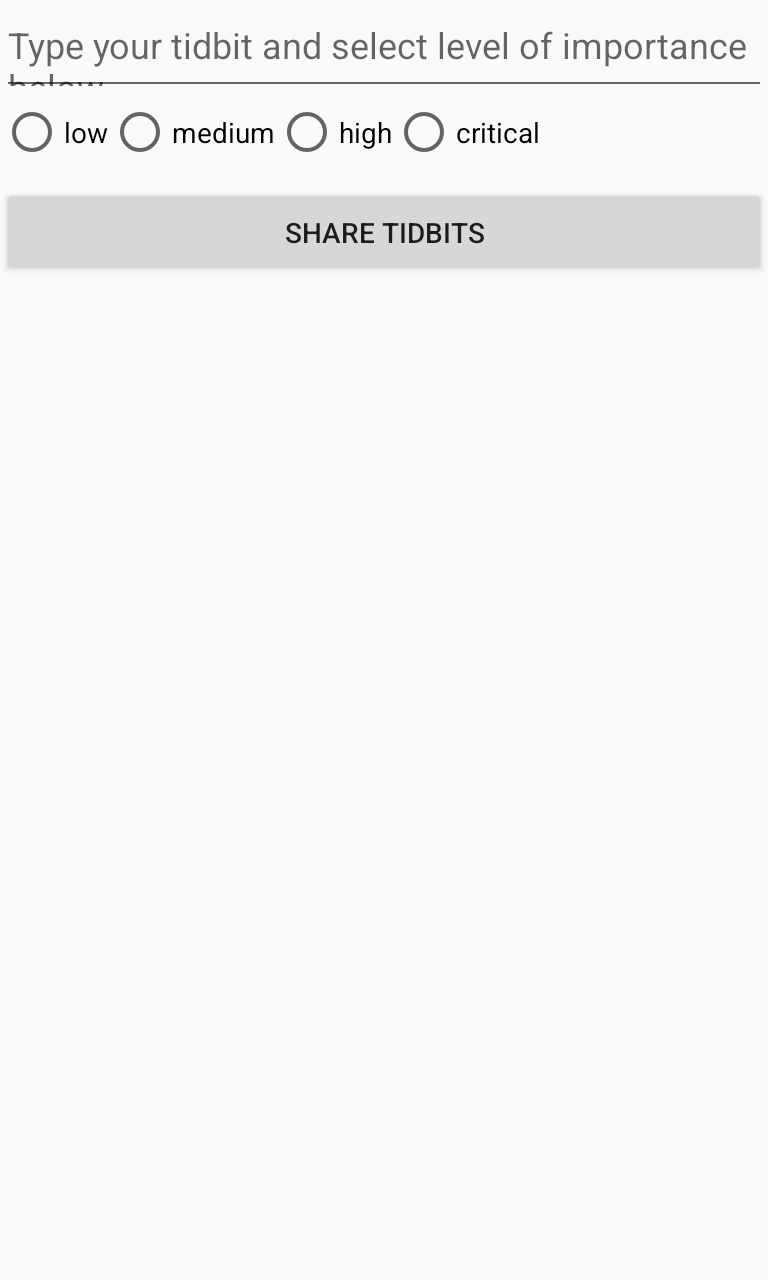
Repository: Pseudos/crowd-tidbits
Layout: crowd-tidbits/res/layout/share.xml
The author's editor kept a copy of each file at every save. The layout is drawn from the files as they stood at one save, then again after the next save.
It is drawn on a 768 x 1280 px phone screen (xhdpi) without system bars, with theme AppTheme; the app's code is not run.

Above is the layout before, as saved 2015-09-29 17:06:06.

### crowd-tidbits/res/layout/share.xml
<?xml version="1.0" encoding="utf-8"?>
<LinearLayout xmlns:android="http://schemas.android.com/apk/res/android"
    android:layout_width="match_parent"
    android:layout_height="match_parent"
    android:orientation="vertical" >

     <EditText
         android:id="@+id/tidbit_msg"
         android:layout_width="fill_parent"
         android:layout_height="50dp"
         android:hint="Type your tidbit and select level of importance below."
         />

     <RadioGroup android:orientation="horizontal"
         android:layout_width="fill_parent"
         android:layout_height="wrap_content">

         <RadioButton
             android:id="@+id/low"
             android:layout_width="wrap_content"
             android:layout_height="wrap_content"
             android:text="low"/>

         <RadioButton
             android:id="@+id/medium"
             android:layout_width="wrap_content"
             android:layout_height="wrap_content"
             android:text="medium"/>

         <RadioButton
             android:id="@+id/high"
             android:layout_width="wrap_content"
             android:layout_height="wrap_content"
             android:text="high"/>

         <RadioButton
             android:id="@+id/critical"
             android:layout_width="wrap_content"
             android:layout_height="wrap_content"
             android:text="critical"/>

     </RadioGroup>

     <Button
        android:id="@+id/share_tidbits"
        android:layout_width="fill_parent"
        android:layout_height="wrap_content"
        android:layout_marginTop="10dp"
        android:paddingLeft="20dp"
        android:paddingRight="20dp"
        android:text="Share Tidbits"
      />

</LinearLayout>

Loaded but not shown: crowd-tidbits/res/values/styles.xml (common file); crowd-tidbits/res/values-v11/styles.xml (common file); crowd-tidbits/res/values-v14/styles.xml (common file)

After the next save:
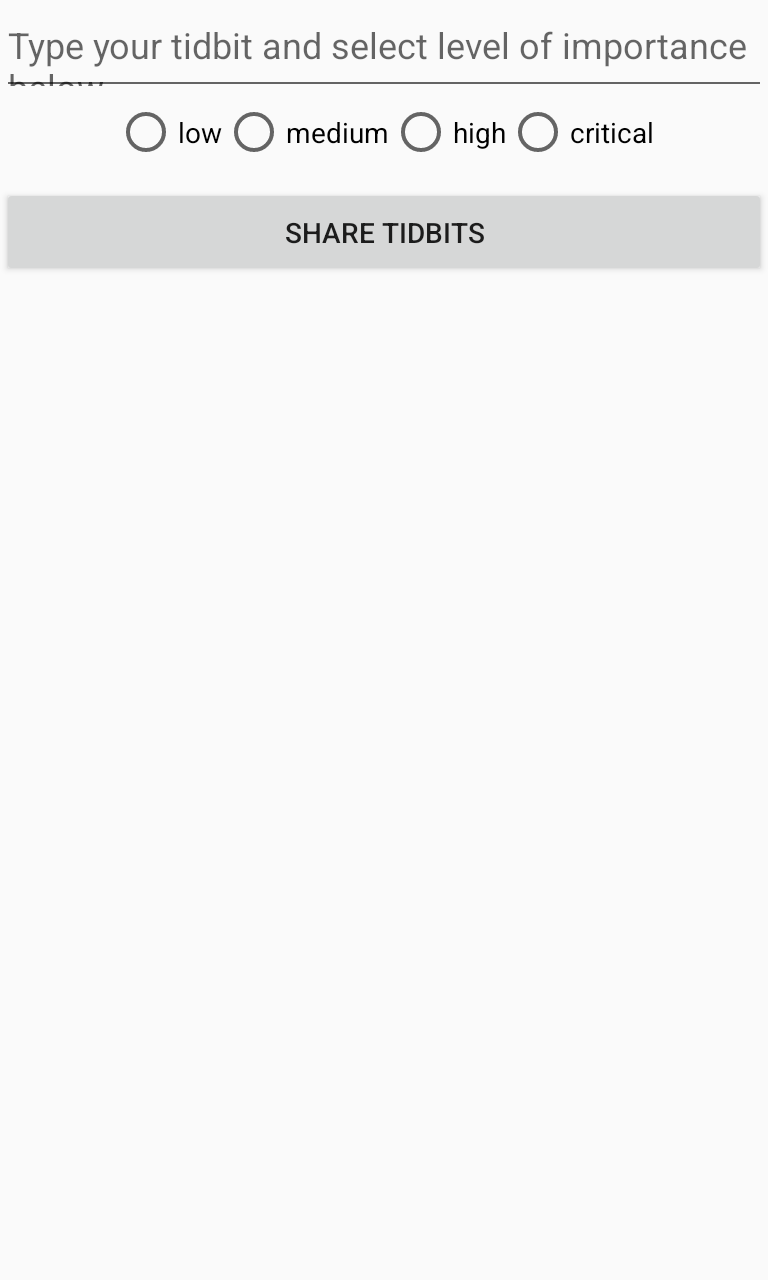
Saved 3 min 2 s later.
--- a/crowd-tidbits/res/layout/share.xml
+++ b/crowd-tidbits/res/layout/share.xml
@@ -13,7 +13,8 @@
 
      <RadioGroup android:orientation="horizontal"
          android:layout_width="fill_parent"
-         android:layout_height="wrap_content">
+         android:layout_height="wrap_content"
+         android:gravity="center">
 
          <RadioButton
              android:id="@+id/low"
